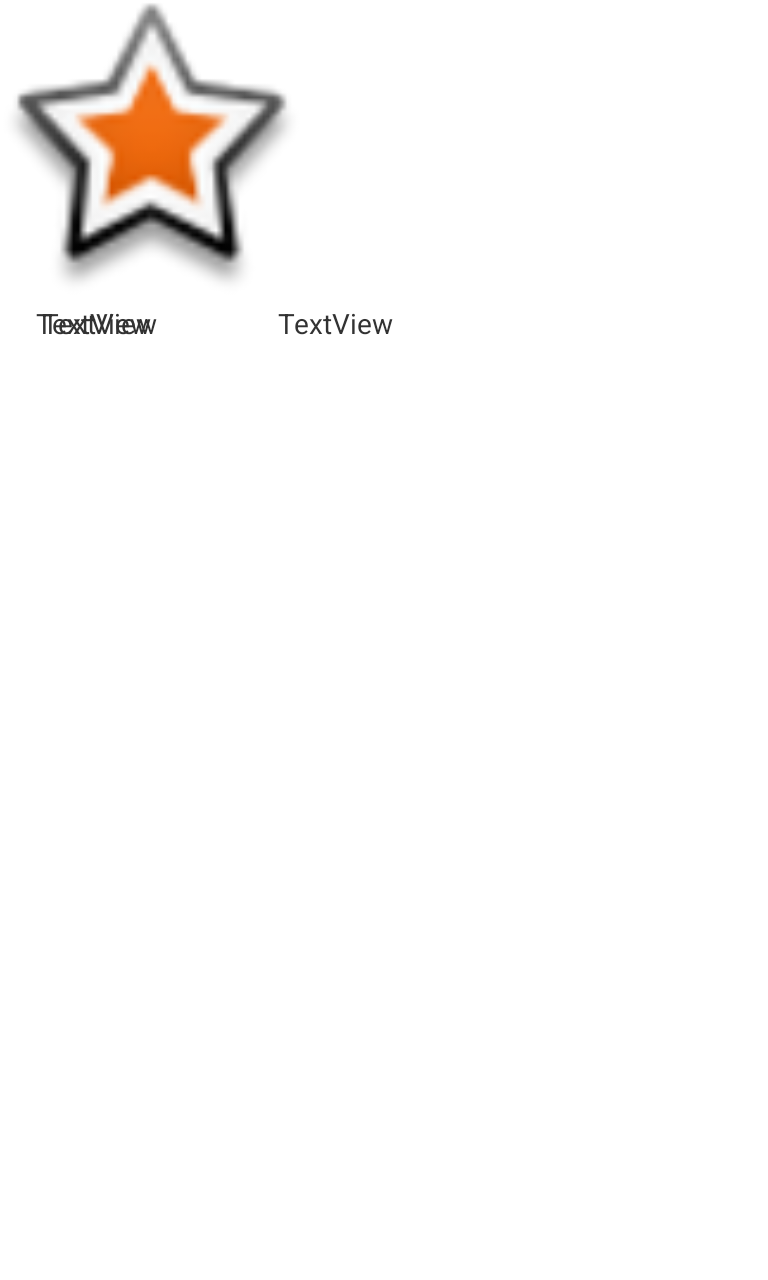
Repository: tyrelltle/LocationService
Layout: iamsingle/iamsingle/res/layout/activity_userinfo.xml
The author's editor kept a copy of each file at every save. The layout is drawn from the files as they stood at one save, then again after the next save.
It is drawn on a 768 x 1280 px phone screen (xhdpi) without system bars, with theme AppTheme; the app's code is not run.

Above is the layout before, as saved 2013-08-10 19:07:47.

### iamsingle/iamsingle/res/layout/activity_userinfo.xml
<?xml version="1.0" encoding="utf-8"?>
<LinearLayout xmlns:android="http://schemas.android.com/apk/res/android"
    android:layout_width="match_parent"
    android:layout_height="match_parent"
    android:orientation="vertical" >

    <ImageView
        android:id="@+id/img_usericon"
        android:layout_width="152dp"
        android:layout_height="152dp"
        android:adjustViewBounds="true"
        android:cropToPadding="false"
        android:src="@android:drawable/star_big_on" />

    <RelativeLayout
        android:layout_width="match_parent"
        android:layout_height="wrap_content" >

        <TextView
            android:id="@+id/txt_username"
            android:layout_width="106dp"
            android:layout_height="wrap_content"
            android:layout_alignParentLeft="true"
            android:layout_alignParentTop="true"
            android:layout_marginLeft="18dp"
            android:text="TextView" />


        <TextView
        android:id="@+id/TextView01"
        android:layout_width="106dp"
        android:layout_height="wrap_content"
        android:layout_marginLeft="21dp"
        android:text="TextView" />

        <TextView
            android:id="@+id/TextView02"
            android:layout_width="106dp"
            android:layout_height="wrap_content"
            android:layout_alignParentTop="true"
            android:layout_centerHorizontal="true"
            android:text="TextView" />

    </RelativeLayout>



</LinearLayout>

Loaded but not shown: iamsingle/iamsingle/res/values/styles.xml (common file); iamsingle/iamsingle/res/values-v11/styles.xml (common file); iamsingle/iamsingle/res/values-v14/styles.xml (common file)

After the next save:
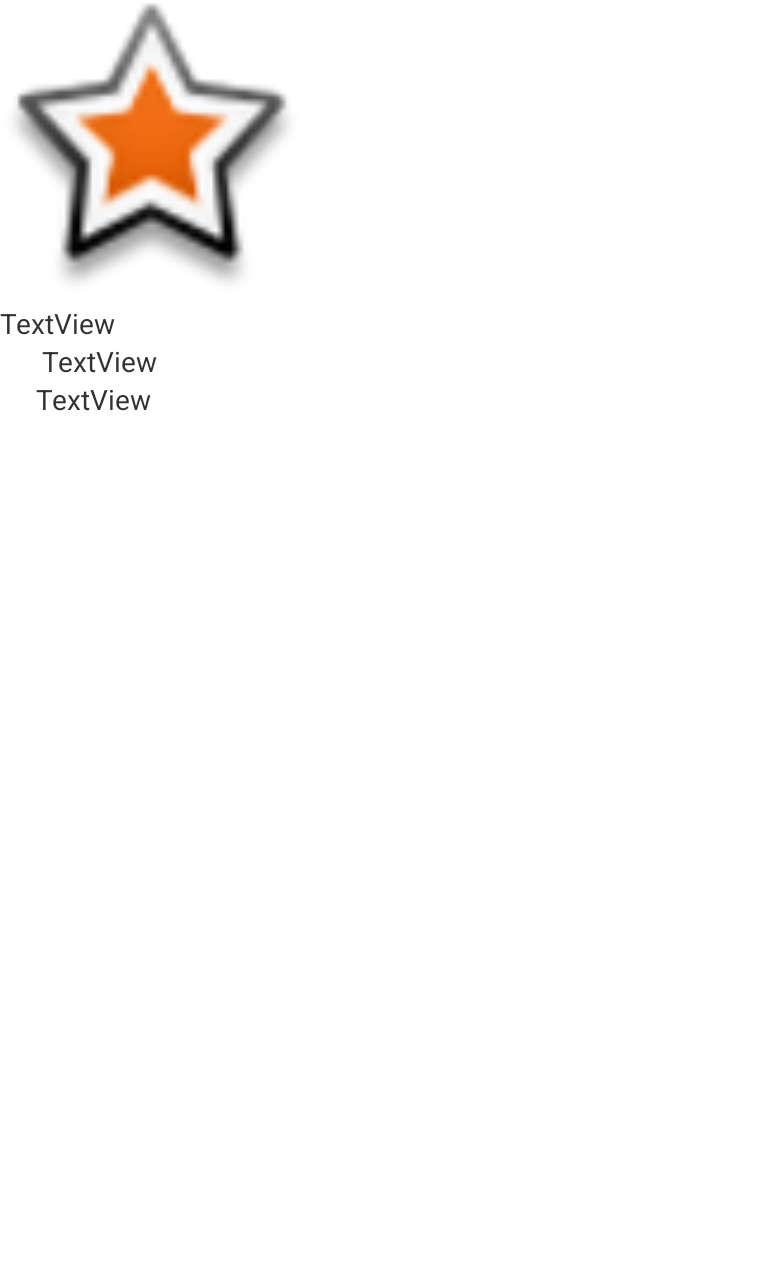
Saved 56 s later.
--- a/iamsingle/iamsingle/res/layout/activity_userinfo.xml
+++ b/iamsingle/iamsingle/res/layout/activity_userinfo.xml
@@ -12,36 +12,30 @@
         android:cropToPadding="false"
         android:src="@android:drawable/star_big_on" />
 
-    <RelativeLayout
+    <TableLayout
         android:layout_width="match_parent"
         android:layout_height="wrap_content" >
+            <TextView
+        android:id="@+id/TextView02"
+        android:layout_width="106dp"
+        android:layout_height="wrap_content"
+        android:text="TextView" />
 
-        <TextView
-            android:id="@+id/txt_username"
-            android:layout_width="106dp"
-            android:layout_height="wrap_content"
-            android:layout_alignParentLeft="true"
-            android:layout_alignParentTop="true"
-            android:layout_marginLeft="18dp"
-            android:text="TextView" />
-
-
-        <TextView
+    <TextView
         android:id="@+id/TextView01"
         android:layout_width="106dp"
         android:layout_height="wrap_content"
         android:layout_marginLeft="21dp"
         android:text="TextView" />
 
-        <TextView
-            android:id="@+id/TextView02"
-            android:layout_width="106dp"
-            android:layout_height="wrap_content"
-            android:layout_alignParentTop="true"
-            android:layout_centerHorizontal="true"
-            android:text="TextView" />
+    <TextView
+        android:id="@+id/txt_username"
+        android:layout_width="106dp"
+        android:layout_height="wrap_content"
+        android:layout_marginLeft="18dp"
+        android:text="TextView" />
 
-    </RelativeLayout>
+    </TableLayout>
 
 
 
